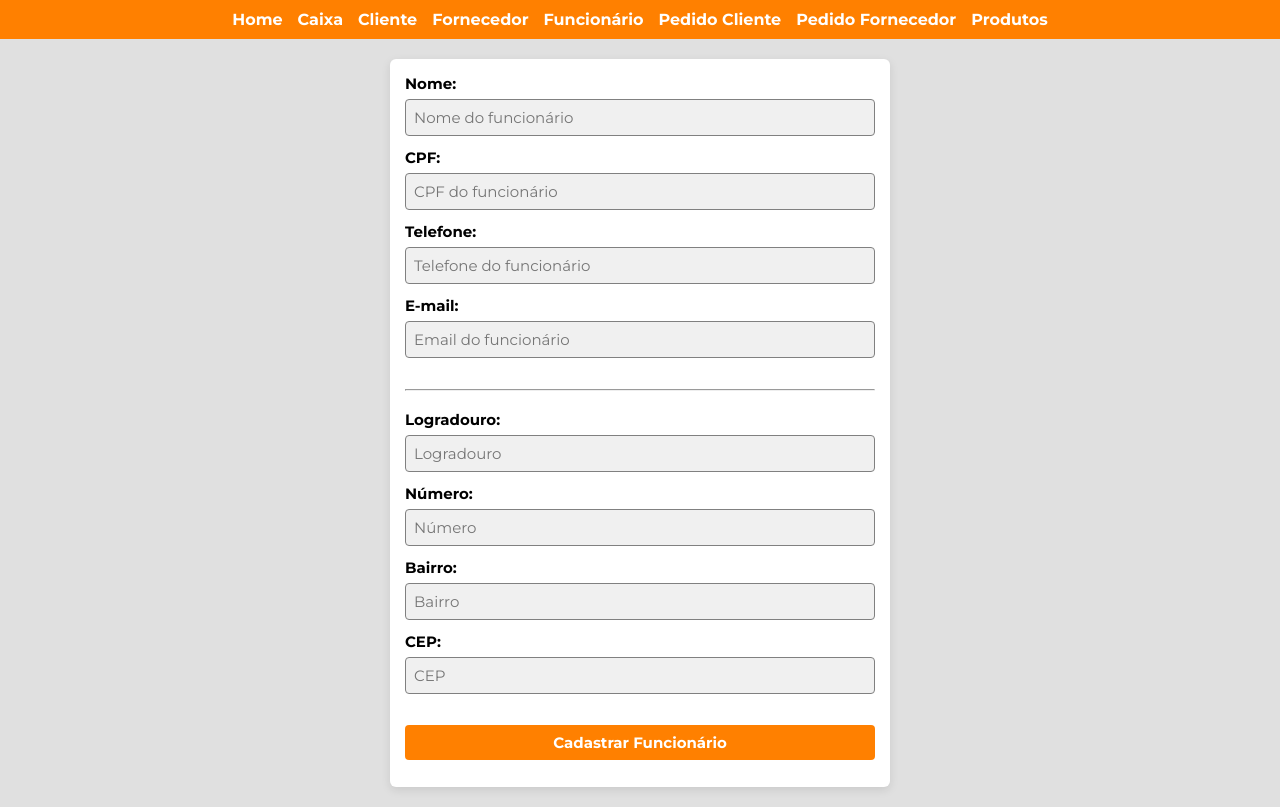
Repository: walterdmp/JavaWeb_BartoBotinas
Page: http://localhost/BartoBotinas/cadastrarFuncionario.jsp
These files come from the project's save history. The page is drawn as it stood at one moment and after the next save; the edit follows.
The browser window is 1280 px wide. The pictures show the whole page.
The page is served by Tomcat 9. Other server files are loaded and not shown.

Above is the page before, as saved 2024-07-31 20:18:25.

### BartoBotinas/WebContent/cadastrarFuncionario.jsp
<%@ page language="java" contentType="text/html; charset=UTF-8"
	pageEncoding="UTF-8"%>
<!DOCTYPE html>
<html>
<head>
<link rel="stylesheet" href="css/estilo.css">
<meta charset="UTF-8">
<title>Bartô Botinas - Funcionários</title>
</head>
<body>
	<nav class="bartoNav">
		<ul>
			<li><a href="home.jsp">Home</a></li>
			<li><a href="cadastrarCaixa.jsp">Caixa</a></li>
			<li><a href="cadastrarCliente.jsp">Cliente</a></li>
			<li><a href="cadastrarFornecedor.jsp">Fornecedor</a></li>
			<li><a href="cadastrarFuncionario.jsp">Funcionário</a></li>
			<li><a href="cadastrarPedidoCliente.jsp">Pedido Cliente</a></li>
			<li><a href="cadastrarPedidoFornecedor.jsp">Pedido Fornecedor</a></li>
			<li><a href="cadastrarProdutos.jsp">Produtos</a></li>
		</ul>
	</nav>
	<main class="bartoMain">
		<form action="cadastrarFuncionario" method="post" class="bartoForm">
			<div>
				<label for="nome"><strong>Nome:</strong></label>
				<input type="text" id="nome" name="nome" placeholder="Nome do funcionário" required>
			</div>
			<div>
				<label for="cpf"><strong>CPF:</strong></label>
				<input type="text" id="cpf" name="cpf" placeholder="CPF do funcionário" required>
			</div>
			<div>
				<label for="telefone"><strong>Telefone:</strong></label>
				<input type="text" id="telefone" name="telefone" placeholder="Telefone do funcionário" required>
			</div>
			<div>
				<label for="email"><strong>E-mail:</strong></label>
				<input type="email" id="email" name="email" placeholder="Email do funcionário" required>
			</div>
			<br>
			<hr>
			<br>
			<div>
				<label for="logradouro"><strong>Logradouro:</strong></label>
				<input type="text" id="logradouro" name="logradouro" placeholder="Logradouro" required>
			</div>
			<div>
				<label for="numero"><strong>Número:</strong></label>
				<input type="text" id="numero" name="numero" placeholder="Número" required>
			</div>
			<div>
				<label for="bairro"><strong>Bairro:</strong></label>
				<input type="text" id="bairro" name="bairro" placeholder="Bairro" required>
			</div>
			<div>
				<label for="cep"><strong>CEP:</strong></label>
				<input type="text" id="cep" name="cep" placeholder="CEP" required>
			</div>
			<br>
			<div>
				<input id="bartoButton" type="submit" name="salvar" value="Cadastrar Funcionário">
			</div>
		</form>
	</main>
</body>
</html>

### BartoBotinas/WebContent/css/estilo.css
@charset "ISO-8859-1";

@import url('https://fonts.googleapis.com/css2?family=Montserrat:ital,wght@0,100;0,200;0,300;0,400;0,500;0,600;0,700;0,800;0,900;1,100;1,200;1,300;1,400;1,500;1,600;1,700;1,800&display=swap');

* {
	margin: 0;
	padding: 0;
	box-sizing: border-box;
	text-decoration: none;
	list-style: none;
	font-family: 'Montserrat', sans-serif;
}

body {
	background-color: #f0f0f0;
}

/* Estilos de Navegação */
.bartoNav {
	width: 100%;
	background-color: #ff8000;
}

.bartoNav ul {
	display: flex;
	flex-direction: row;
	gap: 15px; /* Ajustado para reduzir o espaço entre itens */
	justify-content: center;
	padding: 10px; /* Ajustado para reduzir o padding */
	color: white;
	font-weight: bold;
}

.bartoNav a {
	color: white;
	transition: color 0.3s ease;
}

.bartoNav a:hover {
	color: #ffe0b3;
}

/* Estilos Principais */
.bartoMain {
	display: flex;
	justify-content: center;
	align-items: center;
	background-color: #e0e0e0;
	width: 100%;
	height: auto; /* Ajuste para a altura do conteúdo */
	padding: 20px; /* Ajustado para aumentar o padding */
}

.empresaInfo, .bartoForm, .itensPedidoForm, .fornecedorForm, .produtoForm {
	display: flex;
	flex-direction: column;
	padding: 15px; /* Ajustado para reduzir o padding */
	width: 100%;
	max-width: 500px; /* Ajustado para tamanho menor */
	background-color: white;
	border-radius: 6px; /* Ajustado para border-radius menor */
	box-shadow: 0 3px 10px rgba(0, 0, 0, 0.1); /* Ajustado para box-shadow menor */
}

.bartoForm input, .itensPedidoForm input, .fornecedorForm input, .produtoForm input, .empresaInfo input {
	border-radius: 4px;
	border: 1px solid gray;
	width: 100%;
	padding: 8px; /* Ajustado para aumentar o padding */
	background-color: #f0f0f0;
	font-size: 15px; /* Ajustado para tamanho de fonte ligeiramente maior */
	transition: background-color 0.3s ease, border-color 0.3s ease;
}

.bartoForm input:focus, .itensPedidoForm input:focus, .fornecedorForm input:focus, .produtoForm input:focus {
	background-color: #fff;
	border-color: #ff8000;
	outline: none;
}

.bartoForm div, .itensPedidoForm div, .fornecedorForm div, .produtoForm div {
	display: flex;
	flex-direction: column;
	width: 100%;
	margin-bottom: 12px; /* Ajustado para aumentar o margin-bottom */
}

.bartoForm label, .itensPedidoForm label, .fornecedorForm label, .produtoForm label {
	margin-bottom: 6px; /* Ajustado para aumentar o margin-bottom */
	font-weight: 600;
	font-size: 15px; /* Ajustado para tamanho de fonte ligeiramente maior */
}

#bartoButton {
	background-color: #ff8000;
	border: none;
	color: white;
	font-weight: bold;
	padding: 8px 16px; /* Ajustado para aumentar o padding */
	border-radius: 4px;
	cursor: pointer;
	transition: background-color 0.3s ease;
	font-size: 15px; /* Ajustado para tamanho de fonte ligeiramente maior */
}

#bartoButton:hover {
	background-color: #cc6600;
}

/* Estilos para a Página da Empresa */
.empresaInfo h1, .itensPedidoForm h1, .fornecedorForm h1, .produtoForm h1 {
	margin-bottom: 12px; /* Ajustado para aumentar o margin-bottom */
	font-size: 22px; /* Ajustado para tamanho de fonte maior */
	color: #333;
}

.empresaInfo p {
	margin-bottom: 8px; /* Ajustado para aumentar o margin-bottom */
	font-size: 15px; /* Ajustado para tamanho de fonte ligeiramente maior */
	color: #666;
}

.empresaInfo p strong {
	color: #333;
}

/* Estilos de Mídia Responsiva */
@media (max-width: 600px) {
	.bartoNav ul {
		flex-direction: column;
		gap: 10px; /* Ajustado para reduzir o espaço entre itens */
	}
	.bartoForm, .empresaInfo, .itensPedidoForm, .fornecedorForm, .produtoForm {
		padding: 20px; /* Ajustado para aumentar o padding */
		width: 100%;
	}
	.bartoForm input, .itensPedidoForm input, .fornecedorForm input, .produtoForm input {
		width: 100%;
	}
}

After the next save:
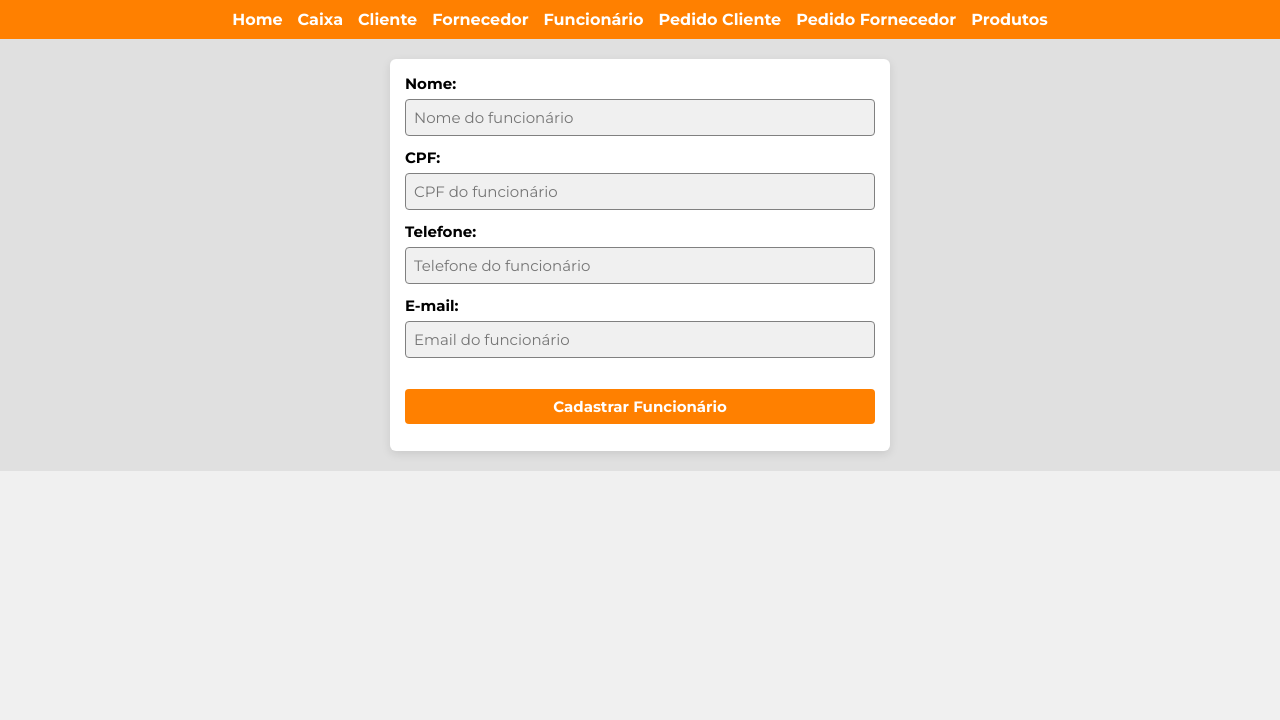
Saved 62 s later.
--- a/BartoBotinas/WebContent/cadastrarFuncionario.jsp
+++ b/BartoBotinas/WebContent/cadastrarFuncionario.jsp
@@ -39,25 +39,6 @@
 				<input type="email" id="email" name="email" placeholder="Email do funcionário" required>
 			</div>
 			<br>
-			<hr>
-			<br>
-			<div>
-				<label for="logradouro"><strong>Logradouro:</strong></label>
-				<input type="text" id="logradouro" name="logradouro" placeholder="Logradouro" required>
-			</div>
-			<div>
-				<label for="numero"><strong>Número:</strong></label>
-				<input type="text" id="numero" name="numero" placeholder="Número" required>
-			</div>
-			<div>
-				<label for="bairro"><strong>Bairro:</strong></label>
-				<input type="text" id="bairro" name="bairro" placeholder="Bairro" required>
-			</div>
-			<div>
-				<label for="cep"><strong>CEP:</strong></label>
-				<input type="text" id="cep" name="cep" placeholder="CEP" required>
-			</div>
-			<br>
 			<div>
 				<input id="bartoButton" type="submit" name="salvar" value="Cadastrar Funcionário">
 			</div>
